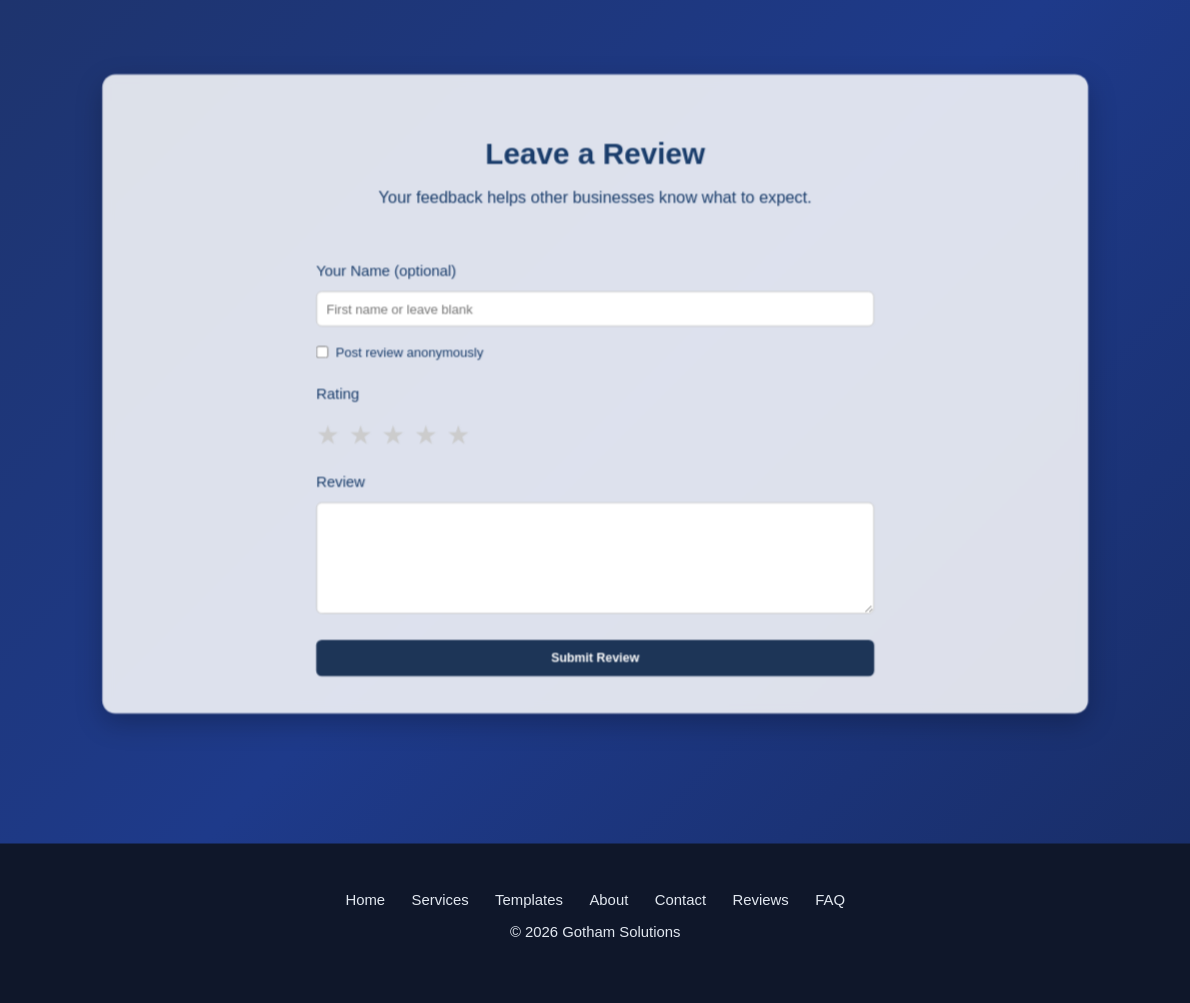
Repository: kmm569/gothamsolutions
Page: reviews/new/index.html
An editor plug-in stored every save of this project. The page is shown before and after the next save, followed by the edit.
The browser window is 1280 px wide. The pictures show the whole page, at 93% of full size.

Above is the page before, as saved 2026-03-13 14:50:26.
Console error: TypeError: Cannot set properties of null (setting 'innerText')

After the next save:
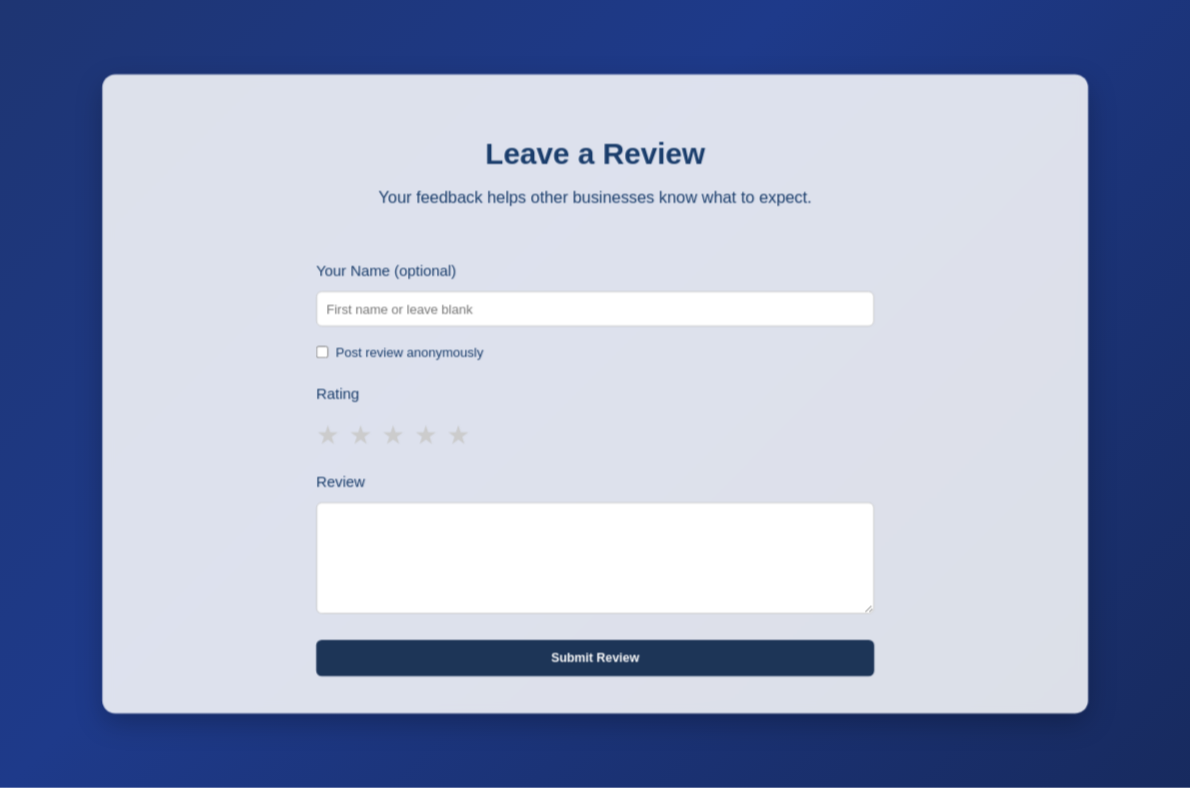
Saved 20 s later.
--- a/reviews/new/index.html
+++ b/reviews/new/index.html
@@ -49,23 +49,7 @@
 			</div>
 		</main>
 
-		<footer>
-	<div class="footer-inner">
-
-		<nav class="footer-nav">
-			<a href="/">Home</a>
-			<a href="/services/">Services</a>
-			<a href="/templates/">Templates</a>
-			<a href="/about/">About</a>
-			<a href="/contact/">Contact</a>
-			<a href="/reviews/">Reviews</a>
-			<a href="/faq/">FAQ</a>
-		</nav>
-
-		<p>&copy; 2026 Gotham Solutions</p>
-
-	</div>
-</footer>
+		<div id="site-footer"></div>
 
 		<script>
 			const API =
